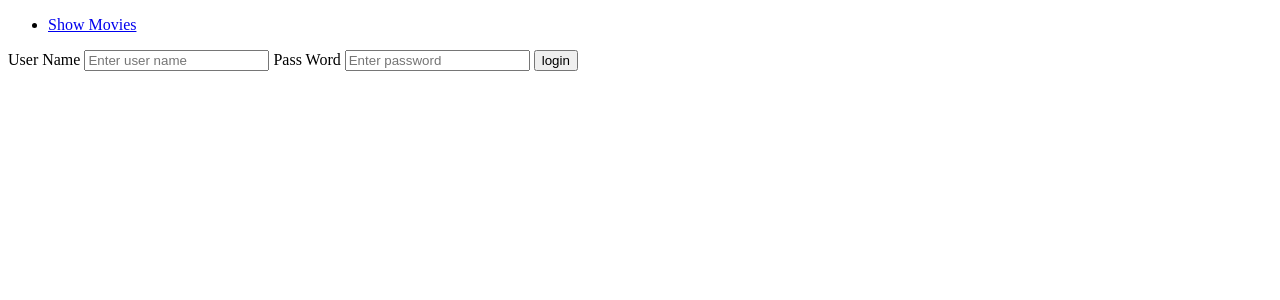
Repository: aishwarya-sankhla/JavaTraining
Page: WebApplication/WebContent/index.html
These files come from the project's save history. The page is drawn as it stood at one moment and after the next save; the edit follows.
The browser window is 1280 px wide. The pictures show the whole page.

Above is the page before, as saved 2018-09-28 11:48:57.

After the next save:
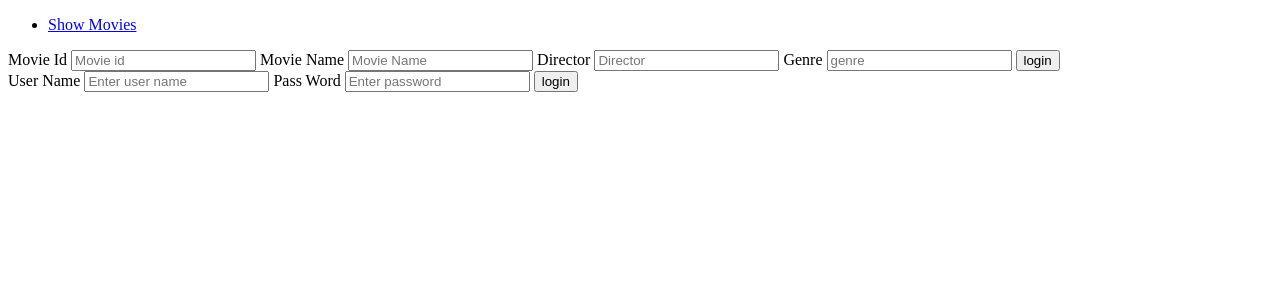
Saved 3 min 14 s later.
--- a/WebApplication/WebContent/index.html
+++ b/WebApplication/WebContent/index.html
@@ -9,6 +9,18 @@
 <li><a href="MovieServlet">Show Movies</a></li>
 </ul>
 <form action="login" method="post">
+	<label for="movieId">Movie Id</label>
+	<input type="text" name="movieId" placeholder="Movie id " id="movieId"/>
+	<label for="movieName">Movie Name</label>
+	<input type="text" name="movieName" placeholder="Movie Name" id="movieName"/>
+	<label for="director">Director</label>
+	<input type="text" name="director" placeholder="Director" id="director"/>
+	<label for="genre">Genre</label>
+	<input type="text" name="genre" placeholder="genre" id="genre"/>
+	<input type="submit" value="login"/>
+</form>
+
+<form action="login" method="post">
 	<label for="userName">User Name</label>
 	<input type="text" name="userName" placeholder="Enter user name" id="userName"/>
 	<label for="passWord">Pass Word</label>
